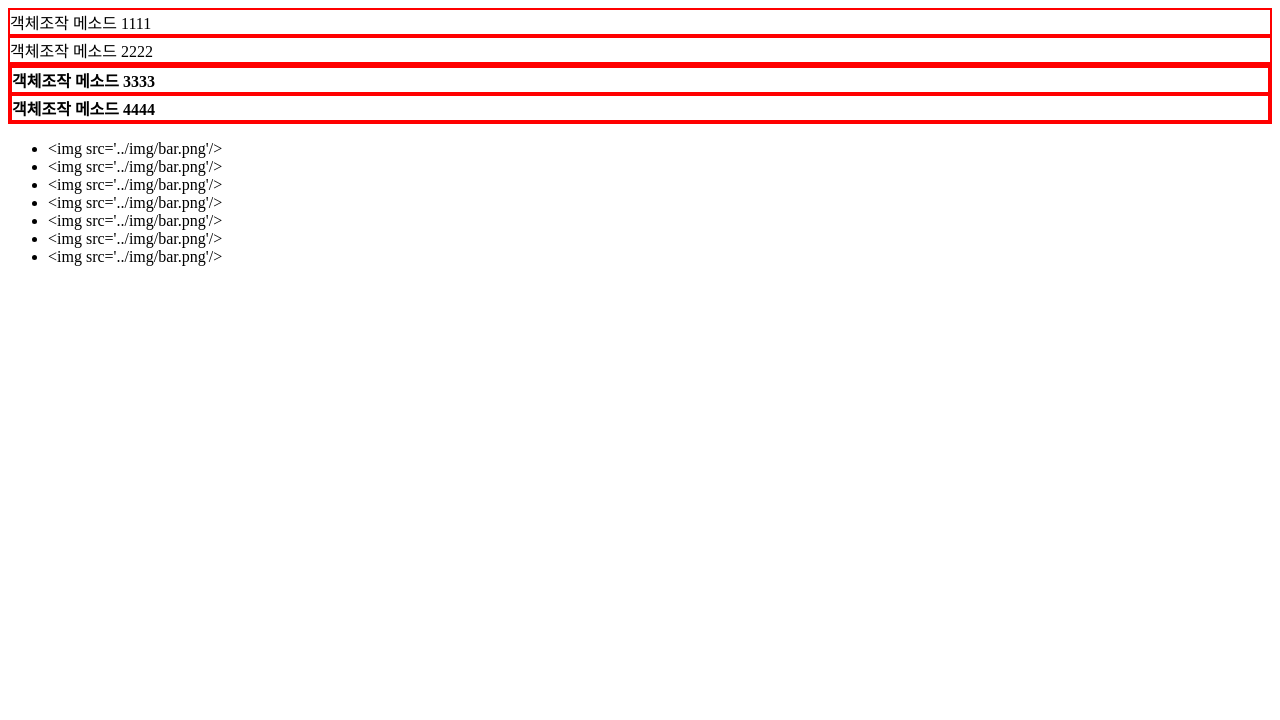
Repository: KangSuA/JSP
Page: webApp/src/main/webapp/jquery/jq06_object.html
The author's editor kept a copy of each file at every save. The page is drawn from the files as they stood at one save, then again after the next save.
The browser window is 1280 px wide. The pictures show the whole page.

Above is the page before, as saved 2023-02-14 06:47:47.

After the next save:
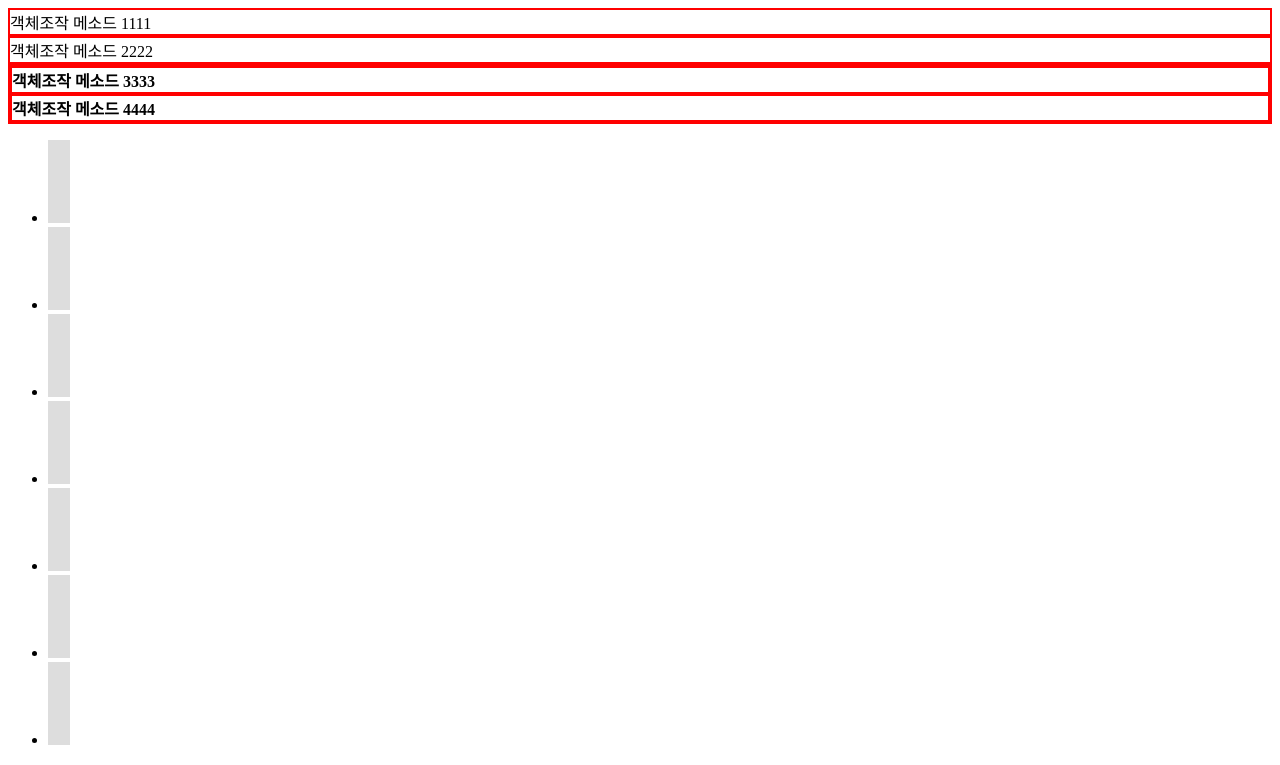
Saved 2 min 41 s later.
--- a/webApp/src/main/webapp/jquery/jq06_object.html
+++ b/webApp/src/main/webapp/jquery/jq06_object.html
@@ -20,7 +20,8 @@
 		$('.c1').unwrap();
 
 		//each() : 선택한 객체를 순서대로 반복적용할 수 있는 반복문
-		$('#list>li').text("<img src='../img/bar.png'/>");
+		//$('#list>li').text("<img src='../img/bar.png'/>");
+		$('#list>li').html("<img src='../img/bar.png'/>");
 
 	});
 </script>
